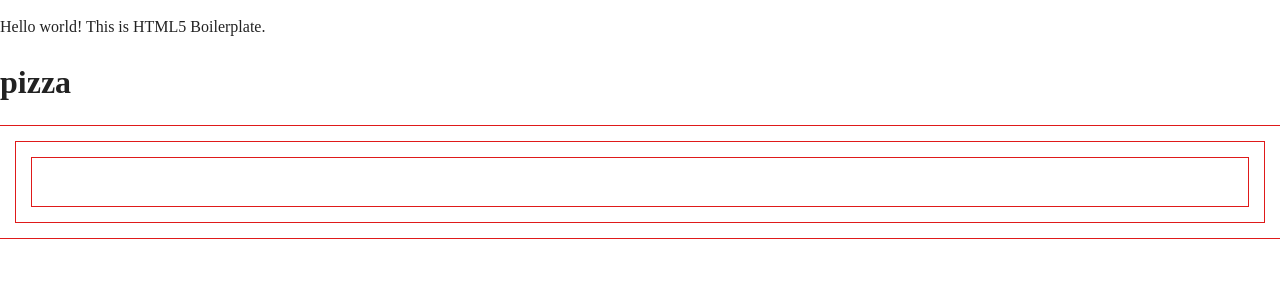
Repository: sierralaurent/MDIA2003-LAB03
Page: LAB03/index.html
These files come from the project's save history. The page is drawn as it stood at one moment and after the next save; the edit follows.
The browser window is 1280 px wide. The pictures show the whole page.

Above is the page before, as saved 2023-01-17 09:21:54.

After the next save:
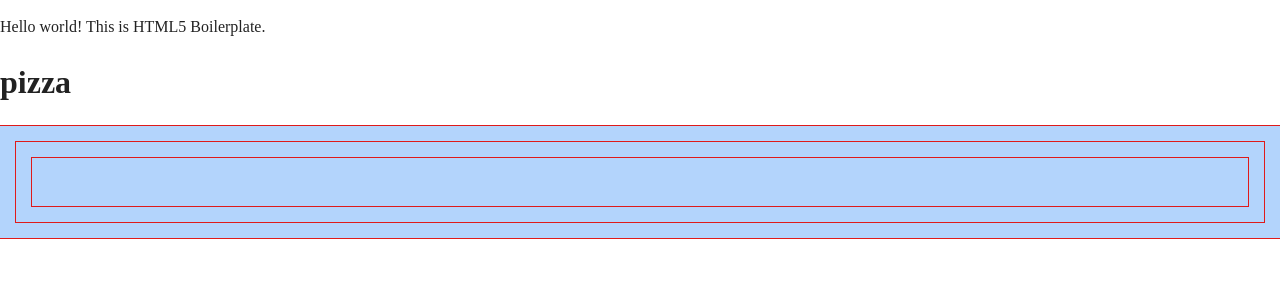
Saved 21 s later.
--- a/LAB03/css/main.css
+++ b/LAB03/css/main.css
@@ -20,6 +20,7 @@ div {
     outline: 1px solid rgb(223, 26, 26);
     padding: 1rem;
     min-height: 1rem;
+    background-color: #b3d4fc;
 }
 
 /*
